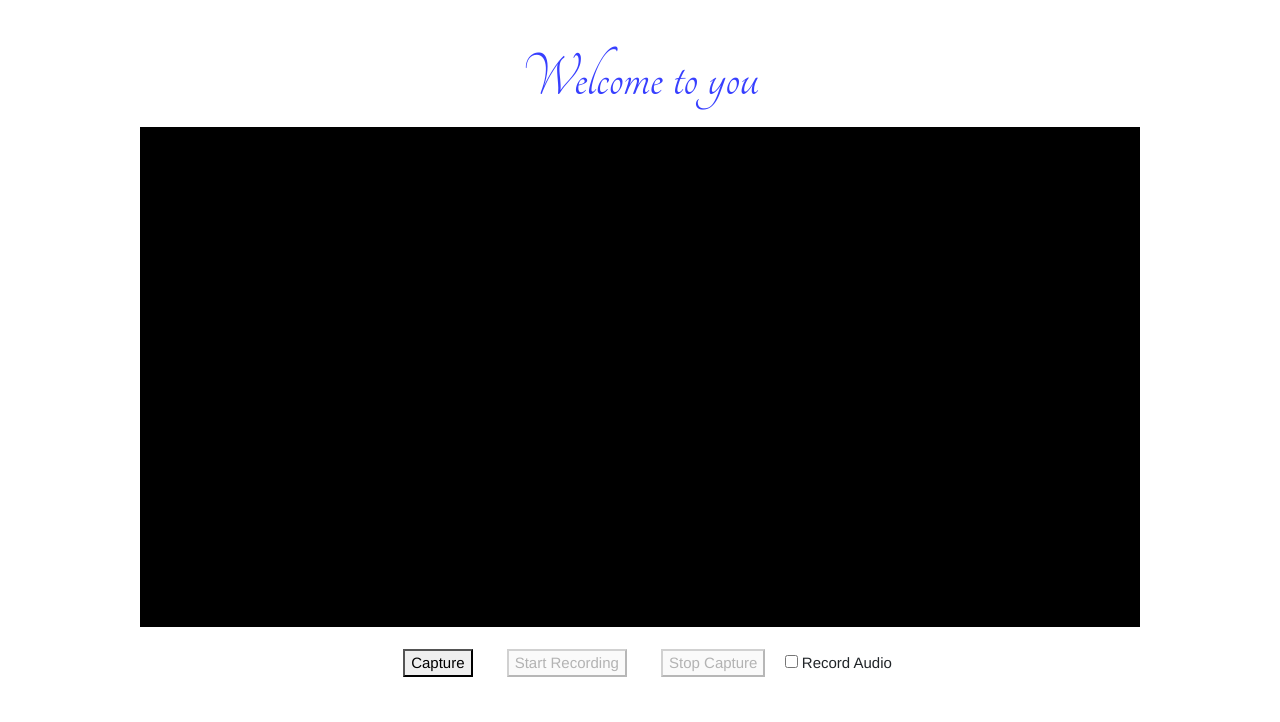
Repository: santiljanomalaj/recording_youtube
Page: index.html
An editor plug-in stored every save of this project. The page is shown before and after the next save, followed by the edit.
The browser window is 1280 px wide. The pictures show the whole page.

Above is the page before, as saved 2020-04-29 18:57:37.

### index.html
<!DOCTYPE html>
<html lang="en">
  <head>
    <title>video/audio capture</title>
    <meta charset="utf-8" />
    <meta http-equiv="X-UA-Compatible" content="IE=edge" />
    <meta name="viewport" content="width=device-width, initial-scale=1" />

    <link rel="stylesheet" href="./css/bootstrap.min.css" />
    <link rel="stylesheet" href="./css/w3.css" />
    <link
      rel="stylesheet"
      href="https://fonts.googleapis.com/css?family=Tangerine"
    />
    <link rel="stylesheet" href="./css/style.css" />

    <!-- <script>
      if (location.protocol !== "https:") location.protocol = "https:";
    </script> -->
    <!-- import the webpage's stylesheet -->
  </head>
  <body>
    <center>
      <div class="w3-container w3-tangerine">
        <!-- <u style="color: red;"> -->
        <h1 class="w3-jumbo">&nbsp Welcome to you &nbsp</h1>
        <!-- </u> -->
      </div>
      <p id="warning">
        Enable chrome://flags/#enable-experimental-web-platform-features
      </p>
      <video
        style="background-color: black; width: 1000px; height: 500px;"
        id="videoElement"
        autoplay
      ></video>
      <br />
      <button id="captureBtn">Capture</button>
      <button id="startBtn" disabled>Start Recording</button>
      <button id="stopBtn" disabled>Stop Capture</button>
      <input type="checkbox" id="audioToggle" />
      <label for="audioToggle">Record Audio</label>
      <a class="btn btn-primary" id="download" href="#" style="display: none;"
        >Download</a
      >
      <a
        type="button"
        class="btn btn-primary"
        id="trim"
        href="https://video-cut.glitch.me/"
        style="display: none;"
        target="trim"
        >Trim Video</a
      >
      <a
        type="button"
        class="btn btn-primary"
        id="convert"
        href="https://convert-to-mp4.glitch.me/"
        style="display: none;"
        target="convert"
        >Convert to MP4</a
      >
    </center>

    <script src="./js/comlink.js"></script>
    <script src="./js/jquery.min.js"></script>
    <script src="./js/popper.min.js"></script>
    <script src="https://maxcdn.bootstrapcdn.com/bootstrap/4.4.1/js/bootstrap.min.js"></script>

    <script>
      if ("getDisplayMedia" in navigator.mediaDevices)
        warning.style.display = "none";

      let blobs;
      let blob;
      let rec;
      let stream;

      captureBtn.onclick = async () => {
        trim.style.display = "none";
        convert.style.display = "none";
        download.style.display = "none";
        let audio = audioToggle.checked || false;

        stream = await navigator.mediaDevices.getDisplayMedia({
          video: true,
          audio: audio,
        });
        stream
          .getVideoTracks()
          .forEach((track) => (track.contentHint = "text"));
        videoElement.srcObject = stream;
        let opts = { mimeType: "video/webm; codecs=h264" };
        blobs = [];
        rec = new MediaRecorder(stream, opts);
        rec.ondataavailable = (e) => blobs.push(e.data);
        rec.onstop = () => {
          blob = new Blob(blobs, { type: "video/mp4" });
          let url = window.URL.createObjectURL(blob);
          download.href = url;
          download.download = "test.mp4";
          download.style.display = "block";
          trim.style.display = "block";
          convert.style.display = "block";
        };
        startBtn.disabled = false;
        captureBtn.disabled = true;
        audioToggle.disabled = true;
      };

      startBtn.onclick = () => {
        startBtn.disabled = true;
        stopBtn.disabled = false;
        rec.start();
      };

      stopBtn.onclick = () => {
        captureBtn.disabled = false;
        startBtn.disabled = true;
        stopBtn.disabled = true;
        audioToggle.disabled = false;
        rec.stop();
        stream.getTracks().forEach((s) => s.stop());
        videoElement.srcObject = null;
        stream = null;
      };

      trim.onclick = async (event) => {
        event.preventDefault();
        let cutWindow = window.open(event.target.href);
        let start = Comlink.proxy(cutWindow);
        setTimeout(async () => {
          let result = await start(
            new File([blob], "test.webm", { type: "video/webm" }),
            "00:00:00"
          );
        }, 1000);
      };

      convert.onclick = async (event) => {
        event.preventDefault();
        let convertWindow = window.open(event.target.href);
        let start = Comlink.proxy(convertWindow);
        setTimeout(async () => {
          let result = await start(
            new File([blob], "test.webm", { type: "video/webm" })
          );
        }, 1000);
      };
    </script>
  </body>
</html>

### css/style.css
/* CSS files add styling rules to your content */

body {
  font-family: "Benton Sans", "Helvetica Neue", helvetica, arial, sans-serif;
  margin: 2em;
}

h1 {
  font-family: "Tangerine", serif;
  color: #373fff;
}

video {
  width: 1000px;
  height: 1000px;
}

button {
  margin: 1em;
  padding: 1;
}

.w3-tangerine {
  font-family: "Tangerine", serif;
}

### js/comlink.js
/**
 * Copyright 2017 Google Inc. All Rights Reserved.
 * Licensed under the Apache License, Version 2.0 (the "License");
 * you may not use this file except in compliance with the License.
 * You may obtain a copy of the License at
 *     http://www.apache.org/licenses/LICENSE-2.0
 * Unless required by applicable law or agreed to in writing, software
 * distributed under the License is distributed on an "AS IS" BASIS,
 * WITHOUT WARRANTIES OR CONDITIONS OF ANY KIND, either express or implied.
 * See the License for the specific language governing permissions and
 * limitations under the License.
 */
(function (factory) {
  if (typeof module === "object" && typeof module.exports === "object") {
    var v = factory(require, exports);
    if (v !== undefined) module.exports = v;
  } else if (typeof define === "function" && define.amd) {
    define(["require", "exports"], factory);
  } else {
    factory([], (self.Comlink = {}));
  }
})(function (require, exports) {
  "use strict";
  Object.defineProperty(exports, "__esModule", { value: true });
  const TRANSFERABLE_TYPES = [ArrayBuffer, MessagePort];
  const uid = Math.floor(Math.random() * Number.MAX_SAFE_INTEGER);
  const proxyValueSymbol = Symbol("proxyValue");
  const throwSymbol = Symbol("throw");
  const proxyTransferHandler = {
    canHandle: (obj) => obj && obj[proxyValueSymbol],
    serialize: (obj) => {
      const { port1, port2 } = new MessageChannel();
      expose(obj, port1);
      return port2;
    },
    deserialize: (obj) => {
      return proxy(obj);
    },
  };
  const throwTransferHandler = {
    canHandle: (obj) => obj && obj[throwSymbol],
    serialize: (obj) => obj.toString() + "\n" + obj.stack,
    deserialize: (obj) => {
      throw Error(obj);
    },
  };
  exports.transferHandlers = new Map([
    ["PROXY", proxyTransferHandler],
    ["THROW", throwTransferHandler],
  ]);
  let pingPongMessageCounter = 0;
  function proxy(endpoint, target) {
    if (isWindow(endpoint)) endpoint = windowEndpoint(endpoint);
    if (!isEndpoint(endpoint))
      throw Error(
        "endpoint does not have all of addEventListener, removeEventListener and postMessage defined"
      );
    activateEndpoint(endpoint);
    return cbProxy(
      async (irequest) => {
        let args = [];
        if (irequest.type === "APPLY" || irequest.type === "CONSTRUCT")
          args = irequest.argumentsList.map(wrapValue);
        const response = await pingPongMessage(
          endpoint,
          Object.assign({}, irequest, { argumentsList: args }),
          transferableProperties(args)
        );
        const result = response.data;
        return unwrapValue(result.value);
      },
      [],
      target
    );
  }
  exports.proxy = proxy;
  function proxyValue(obj) {
    obj[proxyValueSymbol] = true;
    return obj;
  }
  exports.proxyValue = proxyValue;
  function expose(rootObj, endpoint) {
    if (isWindow(endpoint)) endpoint = windowEndpoint(endpoint);
    if (!isEndpoint(endpoint))
      throw Error(
        "endpoint does not have all of addEventListener, removeEventListener and postMessage defined"
      );
    activateEndpoint(endpoint);
    attachMessageHandler(endpoint, async function (event) {
      if (!event.data.id || !event.data.callPath) return;
      const irequest = event.data;
      let that = await irequest.callPath
        .slice(0, -1)
        .reduce((obj, propName) => obj[propName], rootObj);
      let obj = await irequest.callPath.reduce(
        (obj, propName) => obj[propName],
        rootObj
      );
      let iresult = obj;
      let args = [];
      if (irequest.type === "APPLY" || irequest.type === "CONSTRUCT")
        args = irequest.argumentsList.map(unwrapValue);
      if (irequest.type === "APPLY") {
        try {
          iresult = await obj.apply(that, args);
        } catch (e) {
          iresult = e;
          iresult[throwSymbol] = true;
        }
      }
      if (irequest.type === "CONSTRUCT") {
        try {
          iresult = new obj(...args); // eslint-disable-line new-cap
          iresult = proxyValue(iresult);
        } catch (e) {
          iresult = e;
          iresult[throwSymbol] = true;
        }
      }
      if (irequest.type === "SET") {
        obj[irequest.property] = irequest.value;
        // FIXME: ES6 Proxy Handler `set` methods are supposed to return a
        // boolean. To show good will, we return true asynchronously ¯\_(ツ)_/¯
        iresult = true;
      }
      iresult = makeInvocationResult(iresult);
      iresult.id = irequest.id;
      return endpoint.postMessage(iresult, transferableProperties([iresult]));
    });
  }
  exports.expose = expose;
  function wrapValue(arg) {
    // Is arg itself handled by a TransferHandler?
    for (const [key, transferHandler] of exports.transferHandlers) {
      if (transferHandler.canHandle(arg)) {
        return {
          type: key,
          value: transferHandler.serialize(arg),
        };
      }
    }
    // If not, traverse the entire object and find handled values.
    let wrappedChildren = [];
    for (const item of iterateAllProperties(arg)) {
      for (const [key, transferHandler] of exports.transferHandlers) {
        if (transferHandler.canHandle(item.value)) {
          wrappedChildren.push({
            path: item.path,
            wrappedValue: {
              type: key,
              value: transferHandler.serialize(item.value),
            },
          });
        }
      }
    }
    for (const wrappedChild of wrappedChildren) {
      const container = wrappedChild.path
        .slice(0, -1)
        .reduce((obj, key) => obj[key], arg);
      container[wrappedChild.path[wrappedChild.path.length - 1]] = null;
    }
    return {
      type: "RAW",
      value: arg,
      wrappedChildren,
    };
  }
  function unwrapValue(arg) {
    if (exports.transferHandlers.has(arg.type)) {
      const transferHandler = exports.transferHandlers.get(arg.type);
      return transferHandler.deserialize(arg.value);
    } else if (isRawWrappedValue(arg)) {
      for (const wrappedChildValue of arg.wrappedChildren || []) {
        if (!exports.transferHandlers.has(wrappedChildValue.wrappedValue.type))
          throw Error(
            `Unknown value type "${arg.type}" at ${wrappedChildValue.path.join(
              "."
            )}`
          );
        const transferHandler = exports.transferHandlers.get(
          wrappedChildValue.wrappedValue.type
        );
        const newValue = transferHandler.deserialize(
          wrappedChildValue.wrappedValue.value
        );
        replaceValueInObjectAtPath(arg.value, wrappedChildValue.path, newValue);
      }
      return arg.value;
    } else {
      throw Error(`Unknown value type "${arg.type}"`);
    }
  }
  function replaceValueInObjectAtPath(obj, path, newVal) {
    const lastKey = path.slice(-1)[0];
    const lastObj = path.slice(0, -1).reduce((obj, key) => obj[key], obj);
    lastObj[lastKey] = newVal;
  }
  function isRawWrappedValue(arg) {
    return arg.type === "RAW";
  }
  function windowEndpoint(w) {
    if (self.constructor.name !== "Window") throw Error("self is not a window");
    return {
      addEventListener: self.addEventListener.bind(self),
      removeEventListener: self.removeEventListener.bind(self),
      postMessage: (msg, transfer) => w.postMessage(msg, "*", transfer),
    };
  }
  function isEndpoint(endpoint) {
    return (
      "addEventListener" in endpoint &&
      "removeEventListener" in endpoint &&
      "postMessage" in endpoint
    );
  }
  function activateEndpoint(endpoint) {
    if (isMessagePort(endpoint)) endpoint.start();
  }
  function attachMessageHandler(endpoint, f) {
    // Checking all possible types of `endpoint` manually satisfies TypeScript’s
    // type checker. Not sure why the inference is failing here. Since it’s
    // unnecessary code I’m going to resort to `any` for now.
    // if(isWorker(endpoint))
    //   endpoint.addEventListener('message', f);
    // if(isMessagePort(endpoint))
    //   endpoint.addEventListener('message', f);
    // if(isOtherWindow(endpoint))
    //   endpoint.addEventListener('message', f);
    endpoint.addEventListener("message", f);
  }
  function detachMessageHandler(endpoint, f) {
    // Same as above.
    endpoint.removeEventListener("message", f);
  }
  function isMessagePort(endpoint) {
    return endpoint.constructor.name === "MessagePort";
  }
  function isWindow(endpoint) {
    // TODO: This doesn’t work on cross-origin iframes.
    // return endpoint.constructor.name === 'Window';
    return ["window", "length", "location", "parent", "opener"].every(
      (prop) => prop in endpoint
    );
  }
  /**
   * `pingPongMessage` sends a `postMessage` and waits for a reply. Replies are
   * identified by a unique id that is attached to the payload.
   */
  function pingPongMessage(endpoint, msg, transferables) {
    const id = `${uid}-${pingPongMessageCounter++}`;
    return new Promise((resolve) => {
      attachMessageHandler(endpoint, function handler(event) {
        if (event.data.id !== id) return;
        detachMessageHandler(endpoint, handler);
        resolve(event);
      });
      // Copy msg and add `id` property
      msg = Object.assign({}, msg, { id });
      endpoint.postMessage(msg, transferables);
    });
  }
  function cbProxy(cb, callPath = [], target = function () {}) {
    return new Proxy(target, {
      construct(_target, argumentsList, proxy) {
        return cb({
          type: "CONSTRUCT",
          callPath,
          argumentsList,
        });
      },
      apply(_target, _thisArg, argumentsList) {
        // We use `bind` as an indicator to have a remote function bound locally.
        // The actual target for `bind()` is currently ignored.
        if (callPath[callPath.length - 1] === "bind")
          return cbProxy(cb, callPath.slice(0, -1));
        return cb({
          type: "APPLY",
          callPath,
          argumentsList,
        });
      },
      get(_target, property, proxy) {
        if (property === "then" && callPath.length === 0) {
          return { then: () => proxy };
        } else if (property === "then") {
          const r = cb({
            type: "GET",
            callPath,
          });
          return Promise.resolve(r).then.bind(r);
        } else {
          return cbProxy(cb, callPath.concat(property), _target[property]);
        }
      },
      set(_target, property, value, _proxy) {
        return cb({
          type: "SET",
          callPath,
          property,
          value,
        });
      },
    });
  }
  function isTransferable(thing) {
    return TRANSFERABLE_TYPES.some((type) => thing instanceof type);
  }
  function* iterateAllProperties(value, path = [], visited = null) {
    if (!value) return;
    if (!visited) visited = new WeakSet();
    if (visited.has(value)) return;
    if (typeof value === "string") return;
    if (typeof value === "object") visited.add(value);
    if (ArrayBuffer.isView(value)) return;
    yield { value, path };
    const keys = Object.keys(value);
    for (const key of keys)
      yield* iterateAllProperties(value[key], [...path, key], visited);
  }
  function transferableProperties(obj) {
    const r = [];
    for (const prop of iterateAllProperties(obj)) {
      if (isTransferable(prop.value)) r.push(prop.value);
    }
    return r;
  }
  function makeInvocationResult(obj) {
    for (const [type, transferHandler] of exports.transferHandlers) {
      if (transferHandler.canHandle(obj)) {
        const value = transferHandler.serialize(obj);
        return {
          value: { type, value },
        };
      }
    }
    return {
      value: {
        type: "RAW",
        value: obj,
      },
    };
  }
});

Loaded but not shown: css/bootstrap.min.css (library); css/w3.css (library); js/jquery.min.js (library); js/popper.min.js (library)

After the next save:
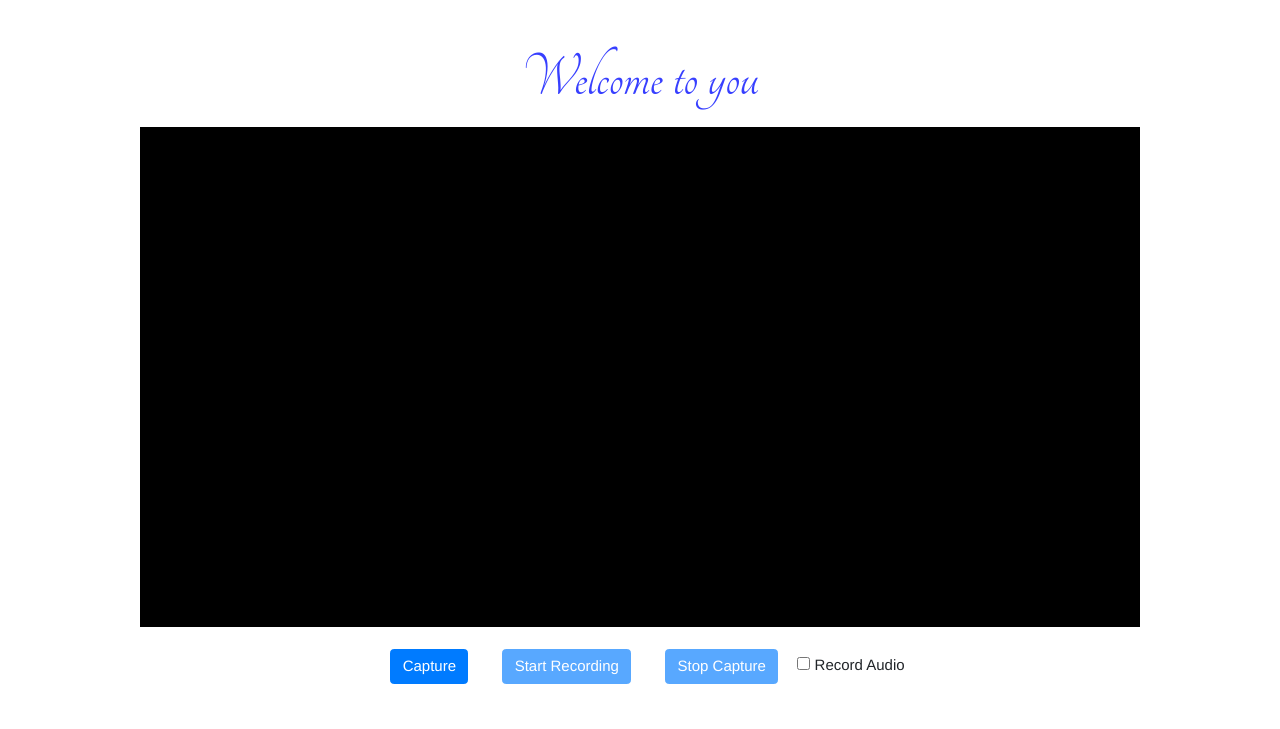
Saved 38 s later.
--- a/index.html
+++ b/index.html
@@ -35,17 +35,25 @@
         autoplay
       ></video>
       <br />
-      <button id="captureBtn">Capture</button>
-      <button id="startBtn" disabled>Start Recording</button>
-      <button id="stopBtn" disabled>Stop Capture</button>
+      <button class="btn btn-primary" id="captureBtn">Capture</button>
+      <button class="btn btn-primary" id="startBtn" disabled>
+        Start Recording
+      </button>
+      <button class="btn btn-primary" id="stopBtn" disabled>
+        Stop Capture
+      </button>
       <input type="checkbox" id="audioToggle" />
       <label for="audioToggle">Record Audio</label>
-      <a class="btn btn-primary" id="download" href="#" style="display: none;"
+      <a
+        type="button"
+        class="btn btn-primary"
+        id="download"
+        href="#"
+        style="display: none;"
         >Download</a
       >
       <a
         type="button"
-        class="btn btn-primary"
         id="trim"
         href="https://video-cut.glitch.me/"
         style="display: none;"
